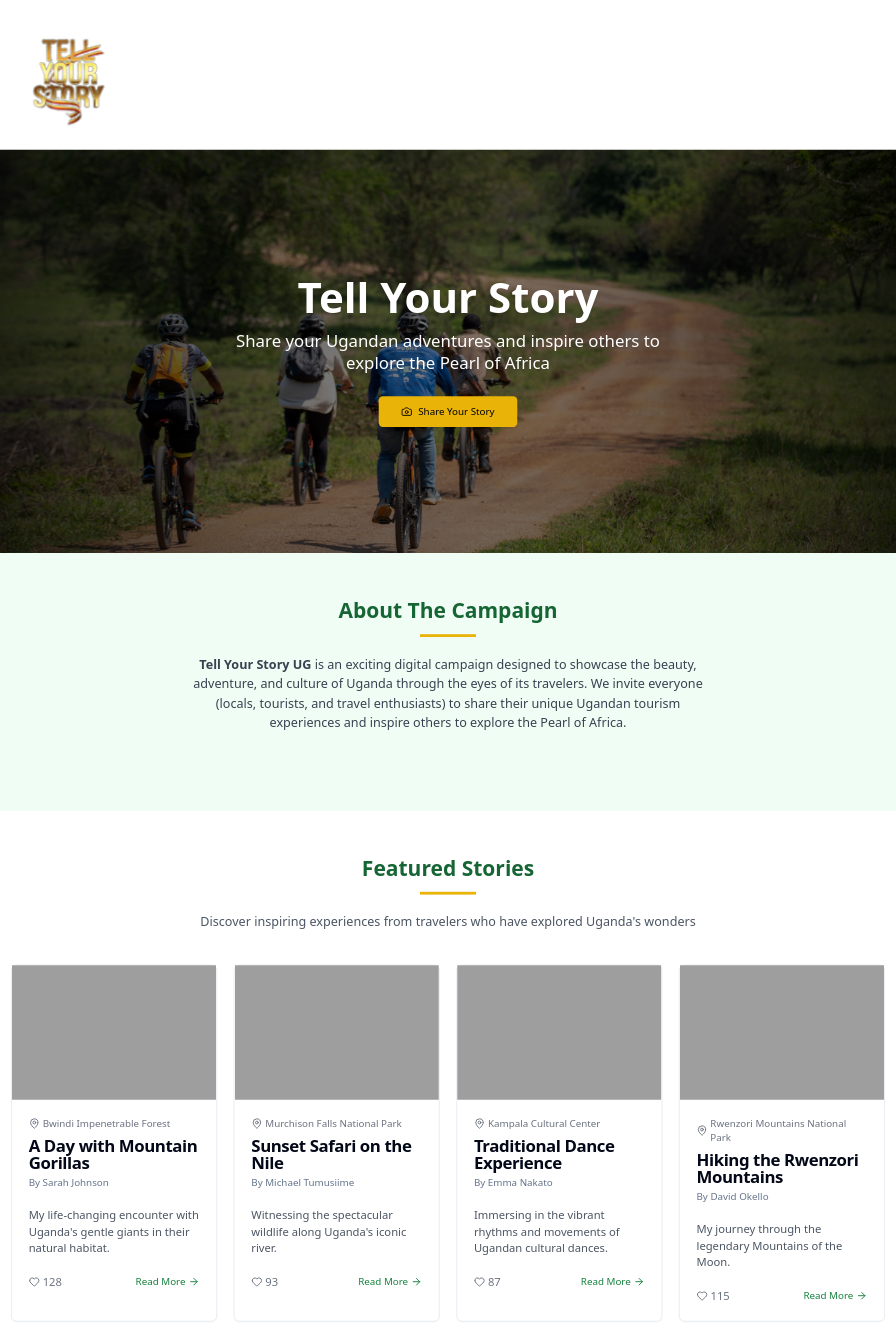
Repository: kaizoku010/take.part
Page: /
The author's editor kept a copy of each file at every save. The page is drawn from the files as they stood at one save, then again after a run of saves.
The browser window is 1280 px wide. The pictures show the part of the page from y = 0 to 1920 px (the page is 3437 px tall before and 3364 px after), at 70% of full size.
Pictures or frames that could not be fetched are drawn as grey boxes. The project was rebuilt for these pictures with package versions that can differ from the ones it lists, and the page was loaded fresh each time. Also part of the build but not shown: vite.config.ts, src/components/ui/tooltip.tsx, src/pages/About.tsx, src/components/ui/input.tsx, src/pages/Stories.tsx, src/pages/StoryDetail.tsx, src/components/ui/use-toast.ts, src/components/ui/label.tsx and 3 more.

Above is the page before, as saved 2025-04-14 14:05:00.

After the next 3 saves:
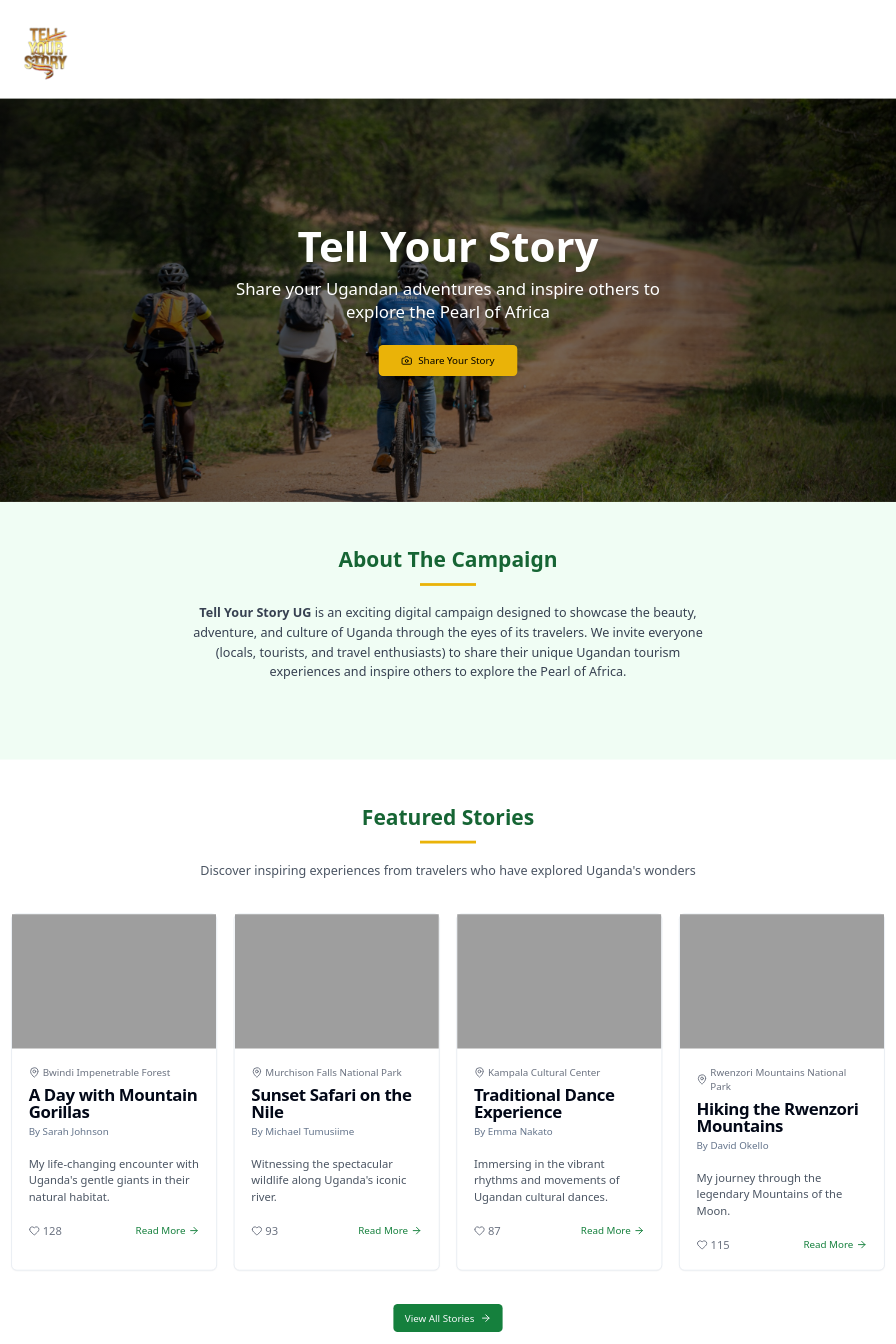
The 3 saves are shown as one change because they came seconds apart.
The last was saved 8 s later.
--- a/src/mdx.css
+++ b/src/mdx.css
@@ -3,5 +3,5 @@
 } */
 
 #logo{
-    width: 10rem !important;
+    width: 6rem !important;
 }
